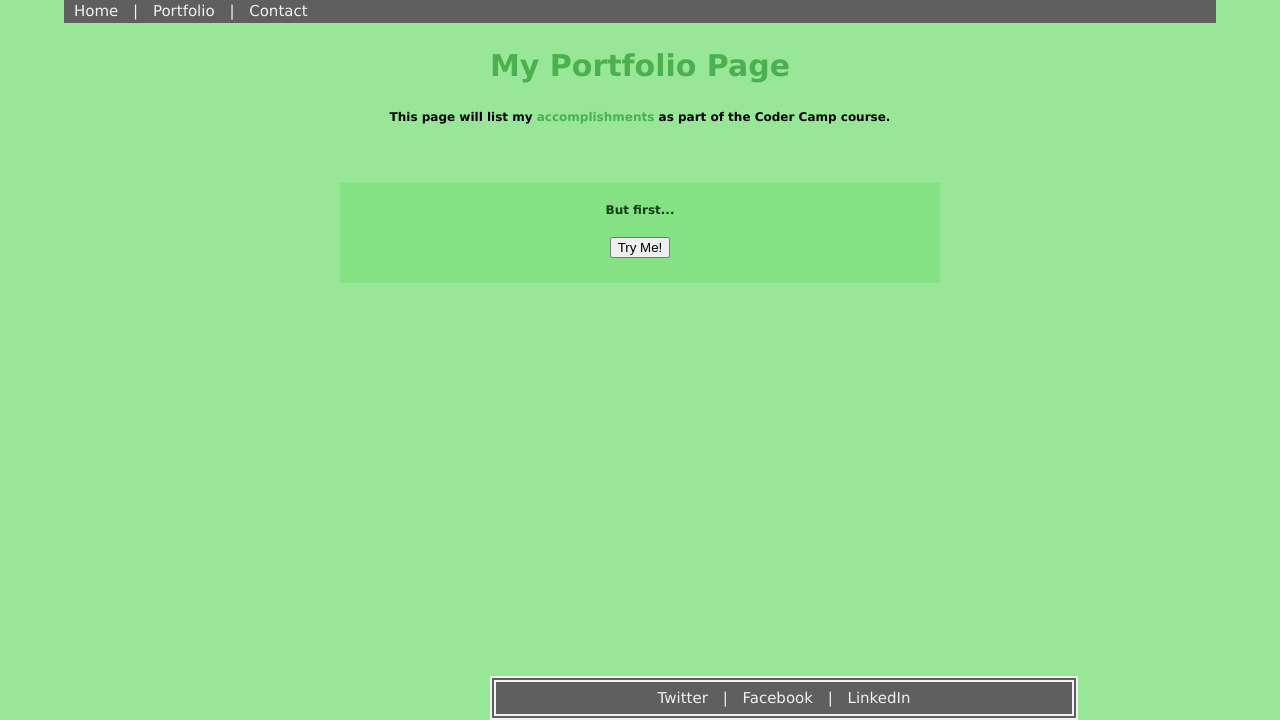
Repository: ischicagoisnotchicago/is-chicago
Page: http://localhost/CC_Personal_Website/portfolio.html
An editor plug-in stored every save of this project. The page is shown before and after the next save, followed by the edit.
The browser window is 1280 px wide. The pictures show the whole page.
The page is served by Tomcat 9.

Above is the page before, as saved 2017-05-25 17:56:15.

After the next save:
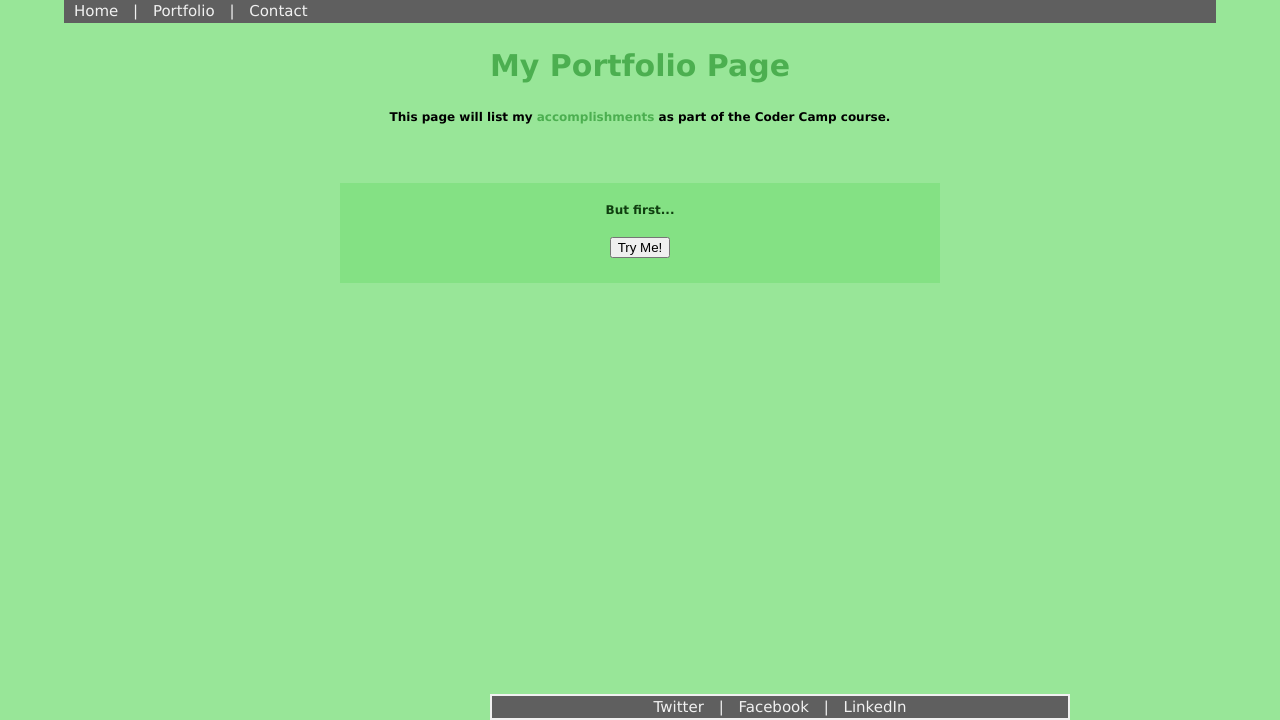
Saved 104 s later.
--- a/CC Personal Website/WebContent/style.css
+++ b/CC Personal Website/WebContent/style.css
@@ -230,8 +230,7 @@ footer {
   margin: 0 490px;
   color: #f1f1f1;
   background-color: #5f5f5f;
-  padding: 5px 0;
-  border: 6px double #f1f1f1;
+  border: 2px solid #f1f1f1;
 }
 
 footer a {
